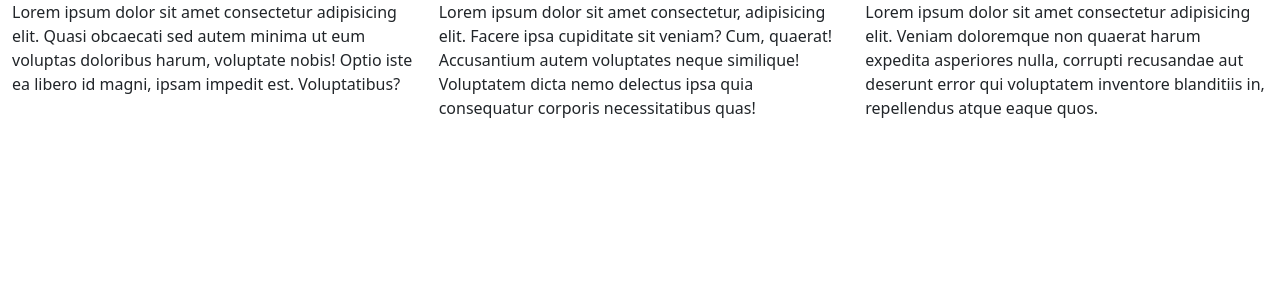
Repository: Zyzik-33/bootstrap-test
Page: index.html
These files come from the project's save history. The page is drawn as it stood at one moment and after the next save; the edit follows.
The browser window is 1280 px wide. The pictures show the whole page.

Above is the page before, as saved 2021-01-27 14:24:36.

### index.html
<!DOCTYPE html>
<html lang="en">
<head>
  <title>LeeLoo</title>
  <meta charset="UTF-8">
  <meta name="viewport" content="width=device-width, initial-scale=1.0">
  <link href="https://cdn.jsdelivr.net/npm/bootstrap@5.0.0-beta1/dist/css/bootstrap.min.css" rel="stylesheet" integrity="sha384-giJF6kkoqNQ00vy+HMDP7azOuL0xtbfIcaT9wjKHr8RbDVddVHyTfAAsrekwKmP1" crossorigin="anonymous">
  <script src="https://ajax.googleapis.com/ajax/libs/jquery/3.5.1/jquery.min.js"></script>
  <script src="https://cdn.jsdelivr.net/npm/bootstrap@5.0.0-beta1/dist/js/bootstrap.bundle.min.js" integrity="sha384-ygbV9kiqUc6oa4msXn9868pTtWMgiQaeYH7/t7LECLbyPA2x65Kgf80OJFdroafW" crossorigin="anonymous"></script>
</head>
<body>
  <div class="container-fluid">
    <div class="row">
      <div class="col-lg-4">Lorem ipsum dolor sit amet consectetur adipisicing elit. Quasi obcaecati sed autem minima ut eum voluptas doloribus harum, voluptate nobis! Optio iste ea libero id magni, ipsam impedit est. Voluptatibus?</div>
      <div class="col-lg-4">Lorem ipsum dolor sit amet consectetur, adipisicing elit. Facere ipsa cupiditate sit veniam? Cum, quaerat! Accusantium autem voluptates neque similique! Voluptatem dicta nemo delectus ipsa quia consequatur corporis necessitatibus quas!</div>
      <div class="col-lg-4">Lorem ipsum dolor sit amet consectetur adipisicing elit. Veniam doloremque non quaerat harum expedita asperiores nulla, corrupti recusandae aut deserunt error qui voluptatem inventore blanditiis in, repellendus atque eaque quos.</div>
    </div>
  </div>
</body>
</html>

After the next save:
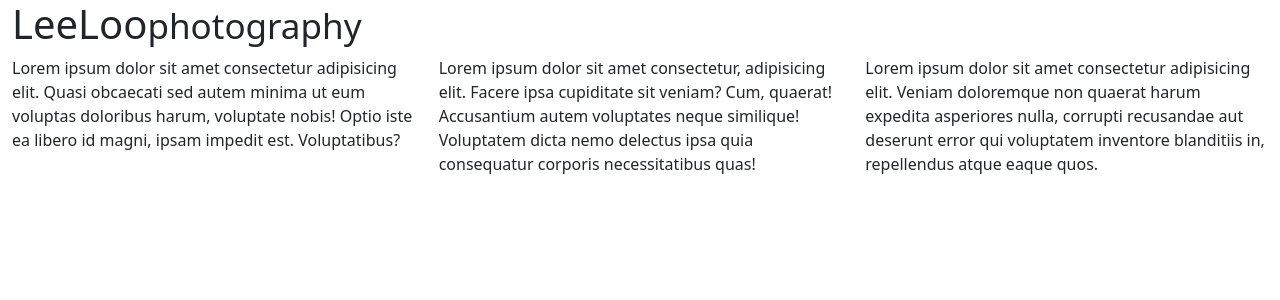
Saved 3 min 10 s later.
--- a/index.html
+++ b/index.html
@@ -10,6 +10,7 @@
 </head>
 <body>
   <div class="container-fluid">
+    <h1>LeeLoo<small>photography</small></h1>
     <div class="row">
       <div class="col-lg-4">Lorem ipsum dolor sit amet consectetur adipisicing elit. Quasi obcaecati sed autem minima ut eum voluptas doloribus harum, voluptate nobis! Optio iste ea libero id magni, ipsam impedit est. Voluptatibus?</div>
       <div class="col-lg-4">Lorem ipsum dolor sit amet consectetur, adipisicing elit. Facere ipsa cupiditate sit veniam? Cum, quaerat! Accusantium autem voluptates neque similique! Voluptatem dicta nemo delectus ipsa quia consequatur corporis necessitatibus quas!</div>
